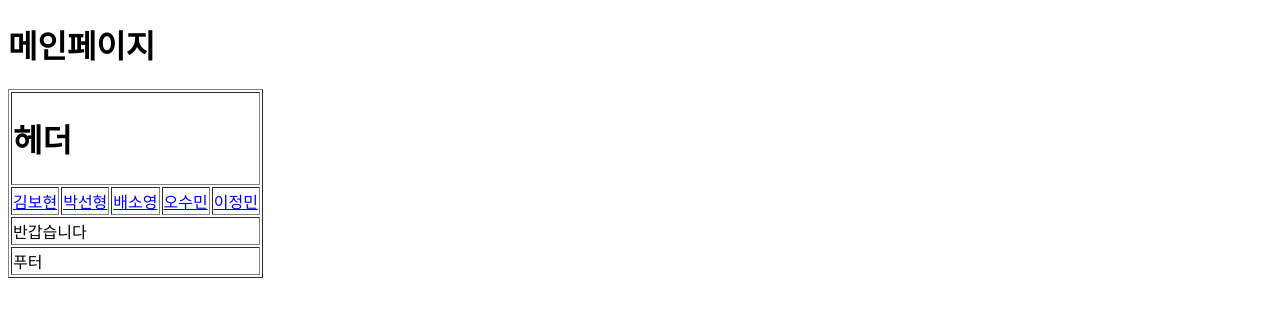
Repository: lastingrowth/teamPrj
Page: http://localhost/studyPrj/info.jsp?cate=bsy
The author's editor kept a copy of each file at every save. The page is drawn from the files as they stood at one save, then again after the next save.
The browser window is 1280 px wide. The pictures show the whole page.
The page is served by Tomcat 9. Other server files are loaded and not shown.

Above is the page before, as saved 2026-05-01 10:12:14.

### study_work/studyPrj/src/main/webapp/info.jsp
<%@ page language="java" contentType="text/html; charset=UTF-8"
    pageEncoding="UTF-8"%>
<!DOCTYPE html>
<html>
<head>
<meta charset="UTF-8">
<title>home</title>
</head>
<body>
<h1>메인페이지</h1>
<table border="">
	<tr>
		<td colspan="5">
		<jsp:include page="inc/header.jsp"/>
		</td>
	</tr>

	<tr>
		<td><a href="/studyPrj/kbh/info.jsp">김보현</a></td>
		<td><a href="/studyPrj/psh/info.jsp">박선형</a></td>
		<td><a href="/studyPrj/bsy/info.jsp">배소영</a></td>
		<td><a href="/studyPrj/osm/info.jsp">오수민</a></td>
		<td><a href="/studyPrj/ljm/info.jsp">이정민</a></td>
	</tr>
	<tr>
		<td colspan="5">
		<jsp:include page="inc/main.jsp"/>
		</td>
	</tr>
	<tr>
		<td colspan="5">
		<jsp:include page="inc/footer.jsp"/>
		</td>
	</tr>

</table>
</body>
</html>

### study_work/studyPrj/src/main/webapp/inc/header.jsp
<%@ page language="java" contentType="text/html; charset=UTF-8"
    pageEncoding="UTF-8"%>
<header>
	<h1>헤더</h1>
</header>

### study_work/studyPrj/src/main/webapp/inc/main.jsp
<%@ page language="java" contentType="text/html; charset=UTF-8"
    pageEncoding="UTF-8"%>
<main>
반갑습니다
</main>

### study_work/studyPrj/src/main/webapp/inc/footer.jsp
<%@ page language="java" contentType="text/html; charset=UTF-8"
    pageEncoding="UTF-8"%>
<footer>
푸터
</footer>

### study_work/studyPrj/src/main/webapp/inc/nav.jsp
<%@ page language="java" contentType="text/html; charset=UTF-8"
    pageEncoding="UTF-8"%>
<style>
nav{
	display: flex;
	justify-content: space-around;
}
</style>
<nav>
<a href="/studyPrj/kbh/info.jsp">김보현</a>
<a href="/studyPrj/psh/info.jsp">박선형</a>
<a href="/studyPrj/bsy/info.jsp">배소영</a>
<a href="/studyPrj/osm/info.jsp">오수민</a>
<a href="/studyPrj/ljm/info.jsp">이정민</a>
</nav>

After the next save:
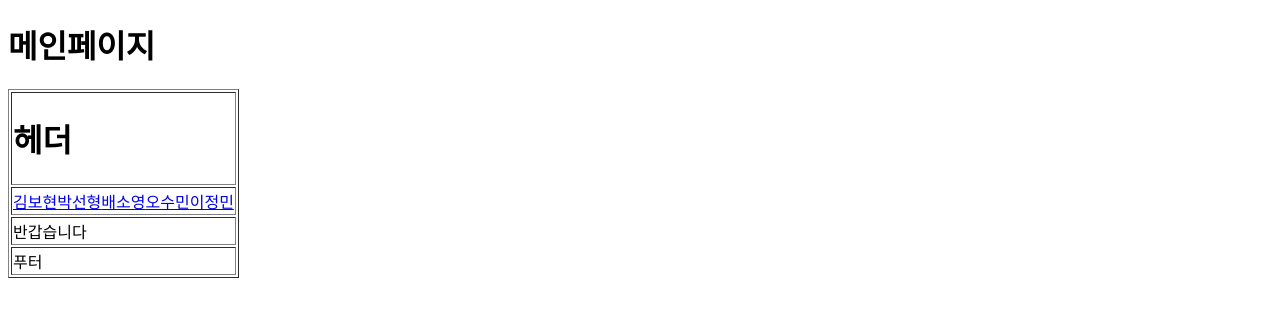
Saved 24 s later.
--- a/study_work/studyPrj/src/main/webapp/info.jsp
+++ b/study_work/studyPrj/src/main/webapp/info.jsp
@@ -16,11 +16,9 @@
 	</tr>
 
 	<tr>
-		<td><a href="/studyPrj/kbh/info.jsp">김보현</a></td>
-		<td><a href="/studyPrj/psh/info.jsp">박선형</a></td>
-		<td><a href="/studyPrj/bsy/info.jsp">배소영</a></td>
-		<td><a href="/studyPrj/osm/info.jsp">오수민</a></td>
-		<td><a href="/studyPrj/ljm/info.jsp">이정민</a></td>
+		<td>
+		<jsp:include page="inc/nav.jsp"/>
+		</td>
 	</tr>
 	<tr>
 		<td colspan="5">
